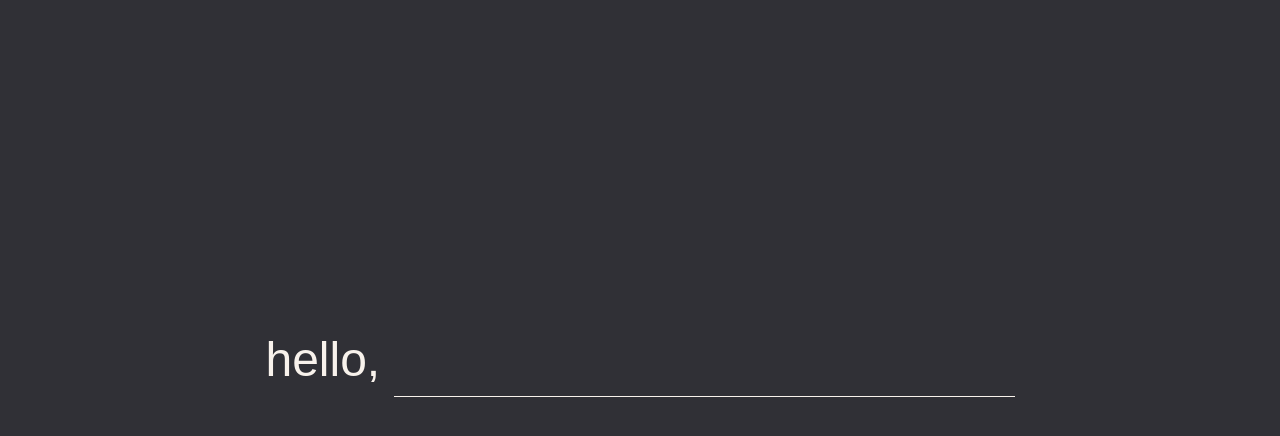
Repository: zhangolivia7/rot-recovery
Page: /
The author's editor kept a copy of each file at every save. The page is drawn from the files as they stood at one save, then again after the next save.
The browser window is 1280 px wide. The pictures show the whole page.
The project was rebuilt for these pictures with package versions that can differ from the ones it lists, and the page was loaded fresh each time. The framework's server and built-in components were replaced by stand-ins that run in the browser. Also part of the build but not shown: next.config.ts.

Above is the page before, as saved 2025-03-29 17:20:46.

After the next save:
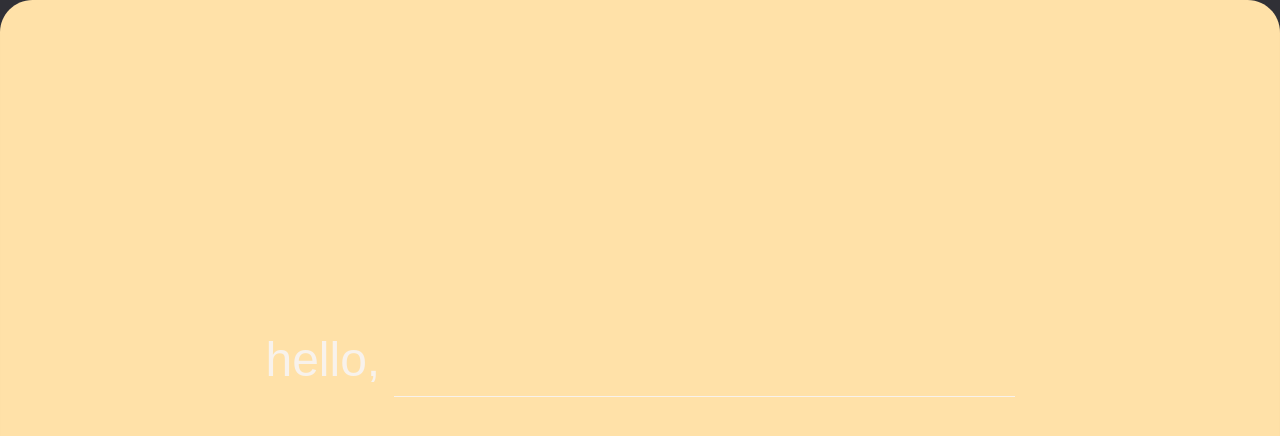
Saved 7 min 33 s later.
--- a/src/app/page.tsx
+++ b/src/app/page.tsx
@@ -80,8 +80,31 @@ export default function Home() {
   return (
     <div className={`h-screen snap-y snap-mandatory ${name.trim() === "" ? "overflow-hidden" : "overflow-y-scroll"}`}>
       {/* Section 1 */}
-      <section id="sec1" className="h-screen flex justify-center items-center snap-start">
-        <main className="flex flex-col gap-[32px] row-start-2 items-center sm:items-start">
+      <section id="sec1" className="h-screen flex justify-center items-center snap-start relative overflow-hidden">
+        {/* Background SVG */}
+        <div className="absolute inset-0 z-0">
+          <svg
+            width="1382"
+            height="961"
+            viewBox="0 0 1382 961"
+            fill="none"
+            xmlns="http://www.w3.org/2000/svg"
+            className="w-full h-auto"
+          >
+            <path d="M0 35C0 15.6701 15.67 0 35 0H1347C1366.33 0 1382 15.67 1382 35V875H0V35Z" fill="#FFE1A8" />
+            <circle cx="86.5" cy="874.5" r="86.5" fill="#FFE1A8" />
+            <circle cx="259.5" cy="874.5" r="86.5" fill="#FFE1A8" />
+            <circle cx="432.5" cy="874.5" r="86.5" fill="#FFE1A8" />
+            <circle cx="605.5" cy="874.5" r="86.5" fill="#FFE1A8" />
+            <circle cx="778.5" cy="874.5" r="86.5" fill="#FFE1A8" />
+            <circle cx="951.5" cy="874.5" r="86.5" fill="#FFE1A8" />
+            <circle cx="1124.5" cy="874.5" r="86.5" fill="#FFE1A8" />
+            <circle cx="1295.5" cy="874.5" r="86.5" fill="#FFE1A8" />
+          </svg>
+        </div>
+
+        {/* Foreground content */}
+        <main className="flex flex-col gap-[32px] row-start-2 items-center sm:items-start z-10">
           <div id="s1">
             <h1>
               hello, <input type="text" id="helloText" value={name} onChange={updateName} />
